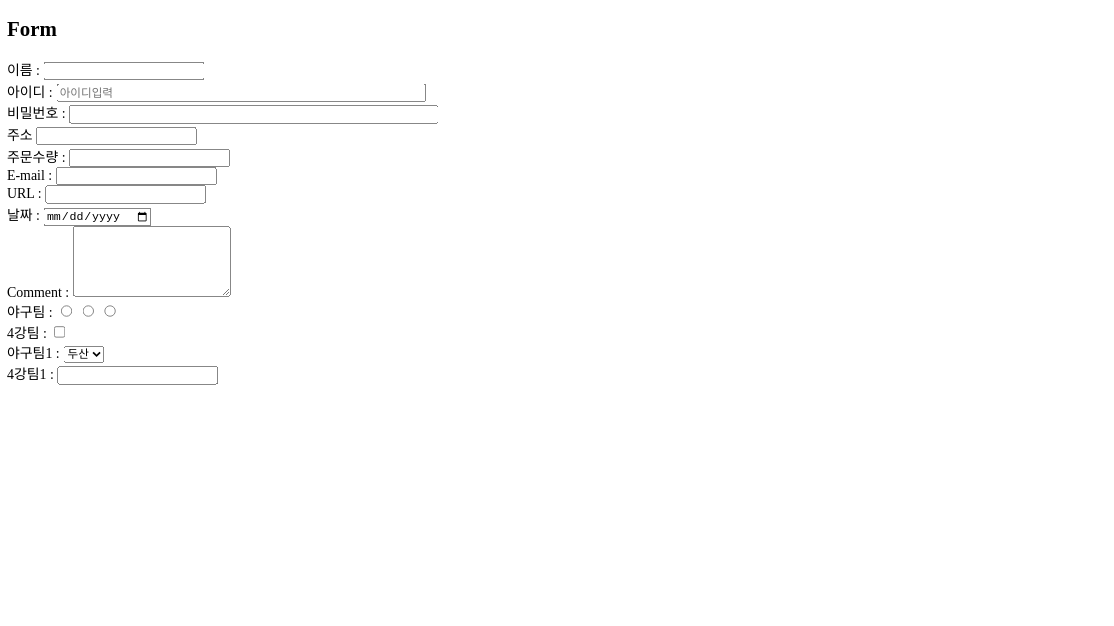
Repository: star-min/jsp_basic
Page: jsp1/web01/src/main/webapp/form.html
The author's editor kept a copy of each file at every save. The page is drawn from the files as they stood at one save, then again after the next save.
The browser window is 1280 px wide. The pictures show the whole page, at 87% of full size.

Above is the page before, as saved 2022-04-22 05:44:26.

### jsp1/web01/src/main/webapp/form.html
<!DOCTYPE html>
<html>
<head>
<meta charset="UTF-8">
<title>From</title>
<style>

</style>
</head>
<body>
	<header>
		<h2>Form</h2>
	</header>
	<tbody>
		<div>
			<tr>
				<th><label for="">이름 : </label></th>
				<td>
					<input type="text" id="mname" name="mname" class="name">
					</br>
				</td>
			</tr>
			<tr>
				<th><label for="">아이디 : </label></th>
				<td>
					<input type="text" id="id" name="id" class="indata" size="50" placeholder="아이디입력" required>
					</br>
				</td>
			</tr>
			<tr>
				<th><label for="">비밀번호 : </label></th>
				<td>
					<input type="password"  id="upw" name="upw" class="pw" size="50">
					</br>
				</td>
			</tr>
			<tr>
				<th><label for="">주소</label></th>
				<td>
					<input type="text" >
					</br>
				</td>
			</tr>
			<tr>
				<th><label for="">주문수량 : </label></th>
				<td>
					<input type="number" name="qty" id="qty" >
					</br>
				</td>
			</tr>
			<tr>
				<th><label for="">E-mail : </label></th>
				<td>
					<input type="text">
					</br>
				</td>
			</tr>
			<tr>
				<th><label for="">URL : </label></th>
				<td>
					<input type="text">
					</br>
				</td>
			</tr>
			<tr>
				<th><label for="">날짜 : </label></th>
				<td>
					<input type="date">
					</br>
				</td>
			</tr>
			<tr>
				<th><label for="">Comment : </label></th>
				<td>
					<textarea name="comment" rows="5" cols="20"></textarea>
					</br>
				</td>
			</tr>
			<tr>
				<th><label for="">야구팀 : </label></th>
				<td>
					<input type="radio" name="base" value="두산">
					<input type="radio" name="base" value="삼성">
					<input type="radio" name="base" value="한화">
					</br>
				</td>
			</tr>
			<tr>
				<th><label for="">4강팀 : </label></th>
				<td>
					<input type="checkbox">
					</br>
				</td>
			</tr>
			<tr>
				<th><label for="">야구팀1 : </label></th>
				<td>
					<select name="base">
					<option value="두산">두산</option>
					<option value="삼성">삼성</option>
					<option value="한화">한화</option>
					</select>
					</br>
				</td>
			</tr>
			<tr>
				<th><label for="">4강팀1 : </label></th>
				<td>
					<input type="">
					</br>
				</td>
			</tr>
		</div>
	</tbody>
</body>
</html>

After the next save:
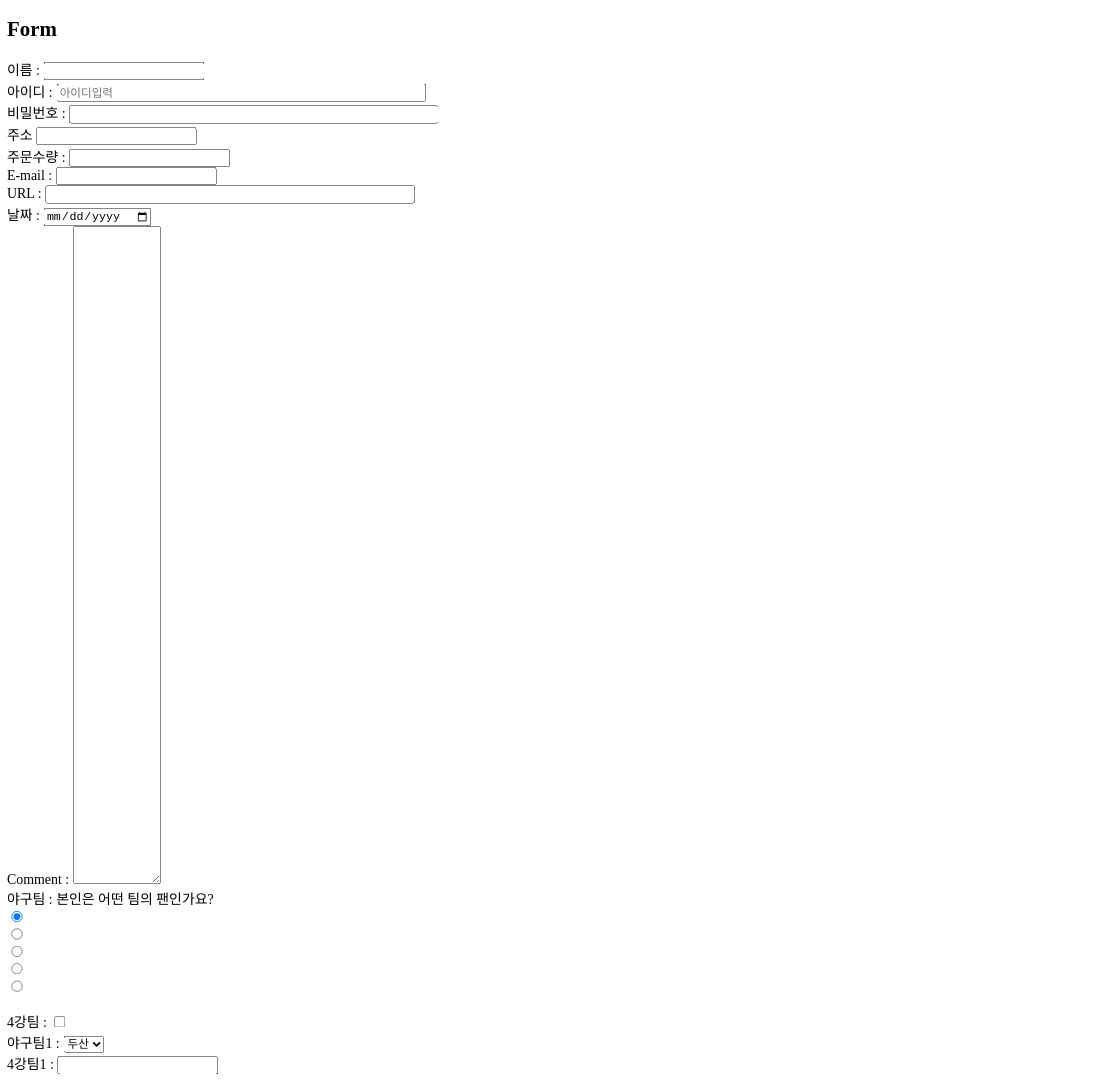
Saved 6 min 18 s later.
--- a/jsp1/web01/src/main/webapp/form.html
+++ b/jsp1/web01/src/main/webapp/form.html
@@ -14,74 +14,77 @@
 	<tbody>
 		<div>
 			<tr>
-				<th><label for="">이름 : </label></th>
+				<th><label for="mname">이름 : </label></th>
 				<td>
 					<input type="text" id="mname" name="mname" class="name">
 					</br>
 				</td>
 			</tr>
 			<tr>
-				<th><label for="">아이디 : </label></th>
+				<th><label for="id">아이디 : </label></th>
 				<td>
 					<input type="text" id="id" name="id" class="indata" size="50" placeholder="아이디입력" required>
 					</br>
 				</td>
 			</tr>
 			<tr>
-				<th><label for="">비밀번호 : </label></th>
+				<th><label for="upw">비밀번호 : </label></th>
 				<td>
 					<input type="password"  id="upw" name="upw" class="pw" size="50">
 					</br>
 				</td>
 			</tr>
 			<tr>
-				<th><label for="">주소</label></th>
+				<th><label for="addrss">주소</label></th>
 				<td>
 					<input type="text" >
 					</br>
 				</td>
 			</tr>
 			<tr>
-				<th><label for="">주문수량 : </label></th>
+				<th><label for="number">주문수량 : </label></th>
 				<td>
-					<input type="number" name="qty" id="qty" >
+					<input type="number" name="qty" id="qty" size="50">
 					</br>
 				</td>
 			</tr>
 			<tr>
-				<th><label for="">E-mail : </label></th>
+				<th><label for="text">E-mail : </label></th>
 				<td>
 					<input type="text">
 					</br>
 				</td>
 			</tr>
 			<tr>
-				<th><label for="">URL : </label></th>
+				<th><label for="url">URL : </label></th>
 				<td>
-					<input type="text">
+					<input type="url" name="url" id="url" size="50">
 					</br>
 				</td>
 			</tr>
 			<tr>
-				<th><label for="">날짜 : </label></th>
+				<th><label for="date">날짜 : </label></th>
 				<td>
-					<input type="date">
+					<input type="date" name="date" id="date">
 					</br>
 				</td>
 			</tr>
 			<tr>
-				<th><label for="">Comment : </label></th>
+				<th><label for="comment">Comment : </label></th>
 				<td>
-					<textarea name="comment" rows="5" cols="20"></textarea>
+					<textarea name="comment" rows="50" cols="10" name="comment" id="comment"></textarea>
 					</br>
 				</td>
 			</tr>
 			<tr>
-				<th><label for="">야구팀 : </label></th>
+				<th><label for="baseball">야구팀 : </label></th>
 				<td>
-					<input type="radio" name="base" value="두산">
-					<input type="radio" name="base" value="삼성">
-					<input type="radio" name="base" value="한화">
+					<span id="baseball">본인은 어떤 팀의 팬인가요?</span><br>
+					<input type="radio" name="baseball" id="baseball" value="두산" checked><br>
+					<input type="radio" name="baseball" id="baseball" value="삼성"><br>
+					<input type="radio" name="baseball" id="baseball" value="한화"><br>
+					<input type="radio" name="baseball" id="baseball" value="KIA"><br>
+					<input type="radio" name="baseball" id="baseball" value="NC"><br>
 					</br>
 				</td>
 			</tr>
